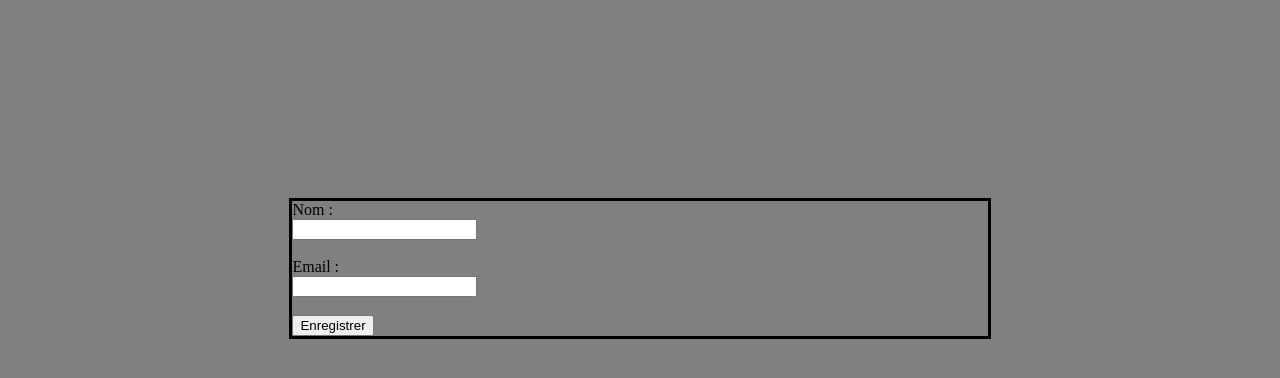
Repository: Haidara-97/TPJEE
Page: http://localhost/AppTest/
The author's editor kept a copy of each file at every save. The page is drawn from the files as they stood at one save, then again after the next save.
The browser window is 1280 px wide. The pictures show the whole page.
The page is served by Tomcat 9.

Above is the page before, as saved 2025-06-18 14:03:05.

After the next save:
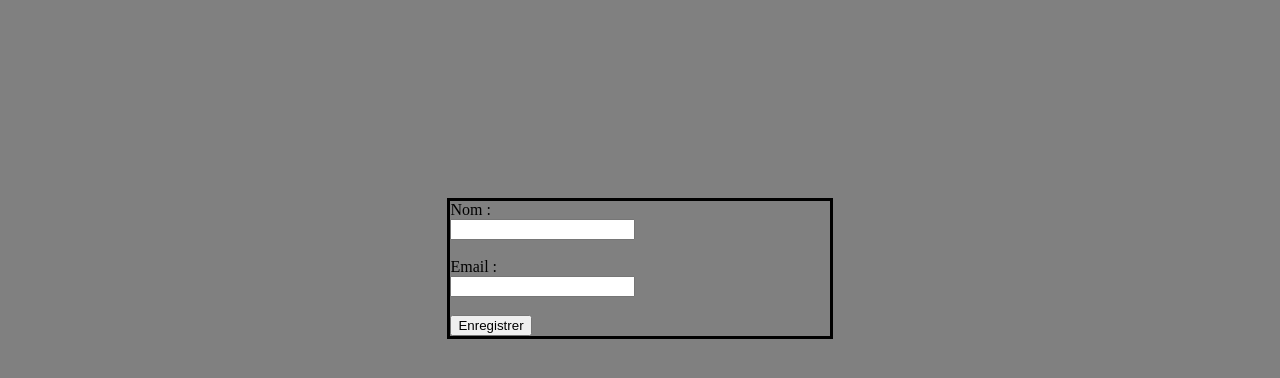
Saved 15 s later.
--- a/AppTest/src/main/webapp/index.jsp
+++ b/AppTest/src/main/webapp/index.jsp
@@ -15,7 +15,7 @@ align-items: center;
 margin :auto;
 margin-top:15%;
 border: solid;
-width:55%;
+width:30%;
 }
 </style>
 </head>
